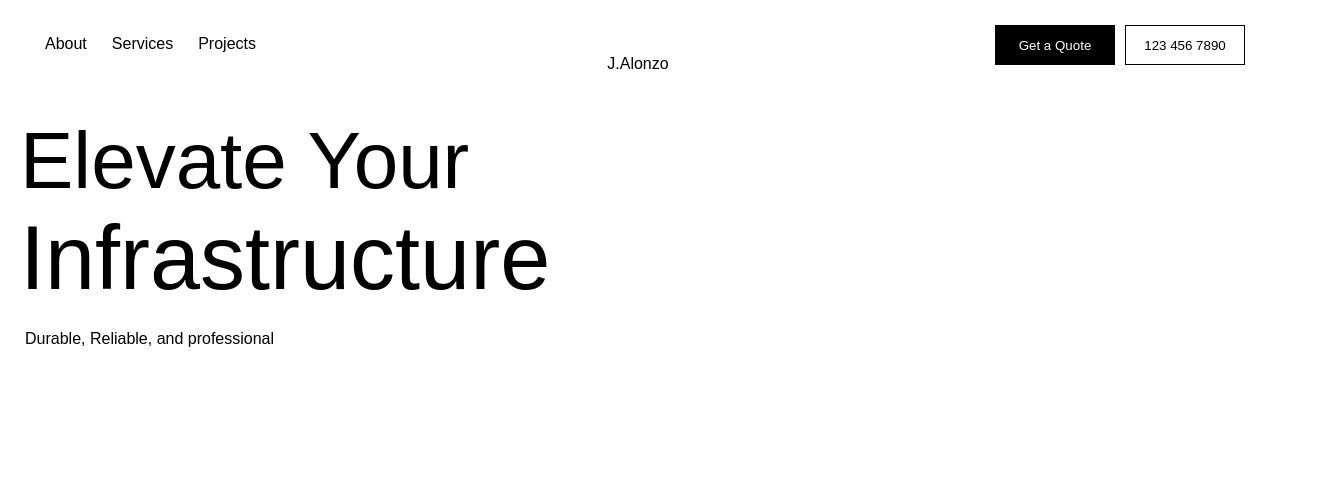
Repository: ttkkaa/HTML-CSS-16
Page: index.html
These files come from the project's save history. The page is drawn as it stood at one moment and after the next save; the edit follows.
The browser window is 1280 px wide. The page is 1325 px wide, so the pictures cover 1325 px, including what lies to the right of the window. The pictures show the whole page.

Above is the page before, as saved 2025-12-05 19:59:44.

After the next save:
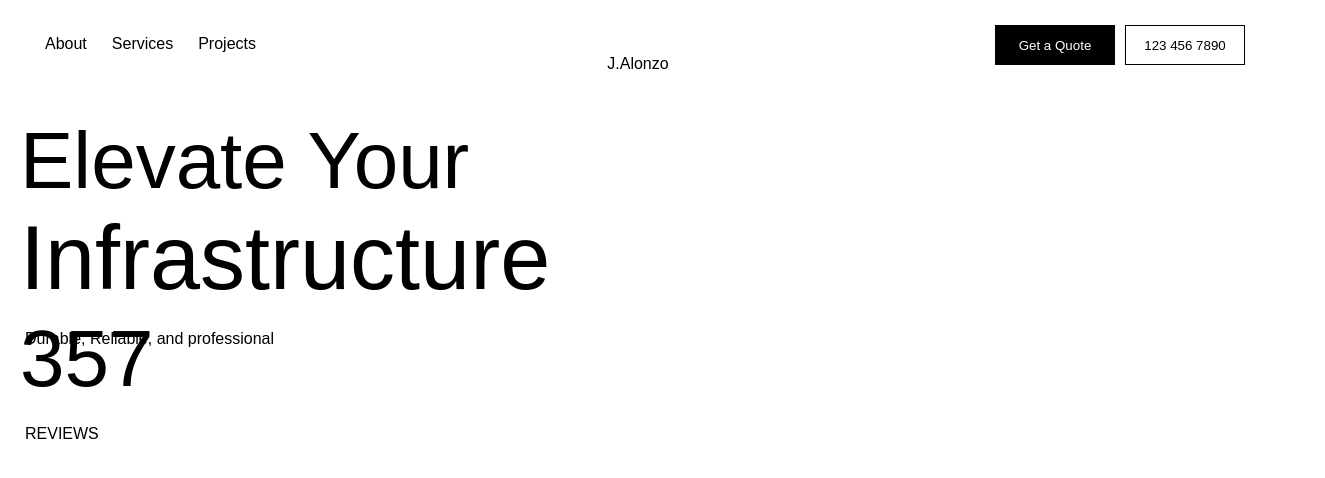
Saved 80 s later.
--- a/index.html
+++ b/index.html
@@ -28,7 +28,13 @@
 
     <section>
         <div class="left">
+            <div class="yellowCard">
+                <div class="stars">
 
+                </div>
+                <h1>357</h1>
+                <p>REVIEWS</p>
+            </div>
         </div>
     </section>
 </body>
